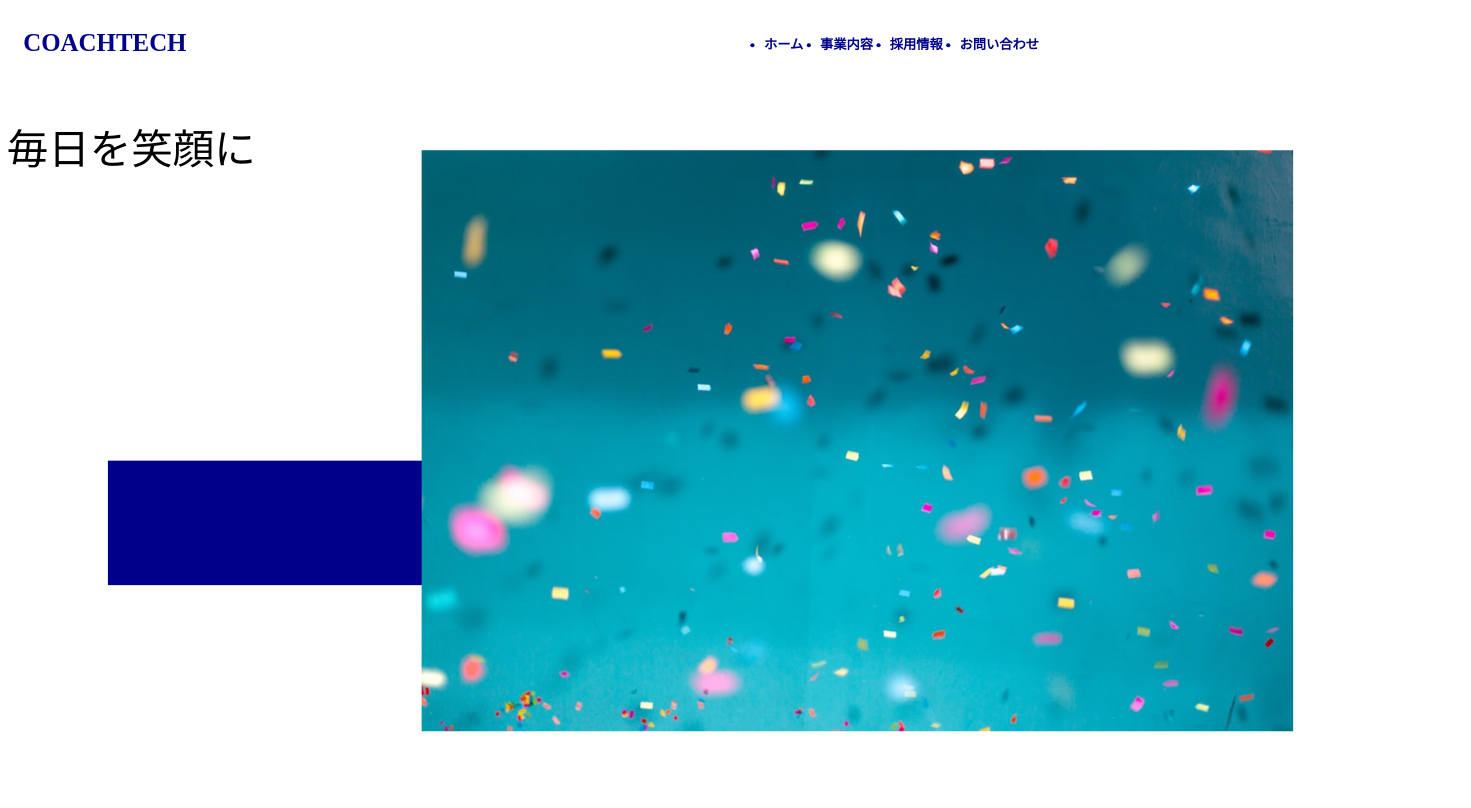
Repository: moro-ayu3/20230213_morohoshi
Page: index.html
The author's editor kept a copy of each file at every save. The page is drawn from the files as they stood at one save, then again after a run of saves.
The browser window is 1280 px wide. The page is 1772 px wide, so the pictures cover 1772 px, including what lies to the right of the window. The pictures show the whole page, at 83% of full size.

Above is the page before, as saved 2023-02-14 10:08:38.

After the next 2 saves:
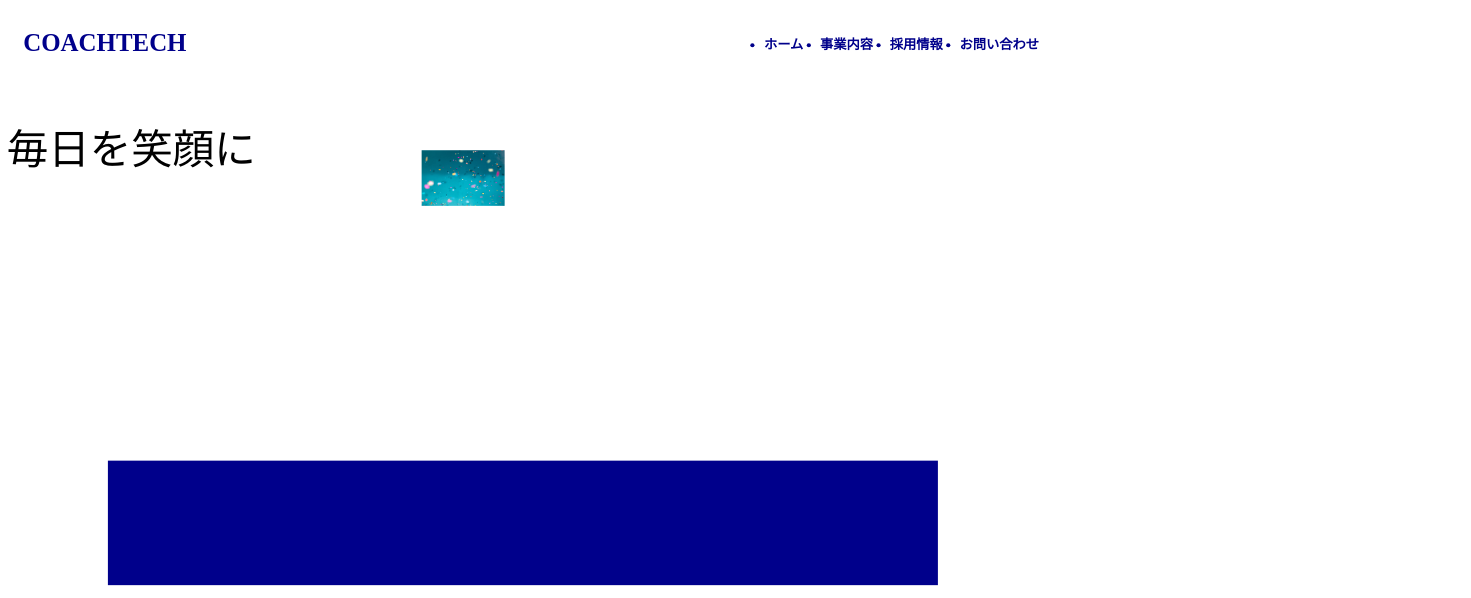
The 2 saves are shown as one change because they came seconds apart.
The last was saved 7 s later.
--- a/index.html
+++ b/index.html
@@ -21,7 +21,7 @@
     <div class="flex">
      <p>毎日を笑顔に</p>
      <div class="relative img">
-      <img src="img/firstview.jpeg" width= alt="firstview">
+      <img src="img/firstview.jpeg" width="100" alt="firstview">
      </div>
      <div class="absolute blue-box"></div>
     </div>
